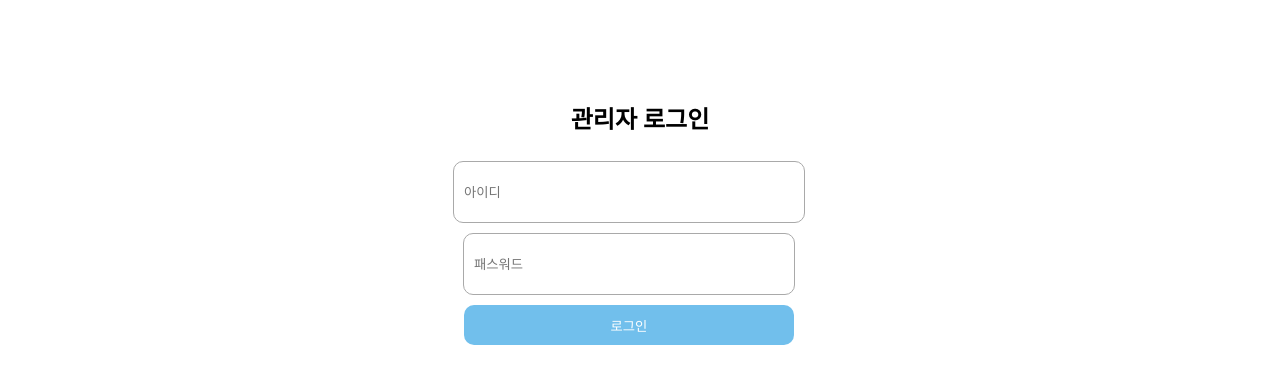
Repository: hystarbit/cinnamorollstore
Page: http://localhost/cinnamorollstore/admin/login/login.jsp
The author's editor kept a copy of each file at every save. The page is drawn from the files as they stood at one save, then again after the next save.
The browser window is 1280 px wide. The pictures show the whole page.
Some web fonts or font styles are not loaded; a fallback is used. The page is served by Tomcat 9. Nobody is signed in. The application's start-up code is not run.

Above is the page before, as saved 2024-09-06 03:10:58.

After the next save:
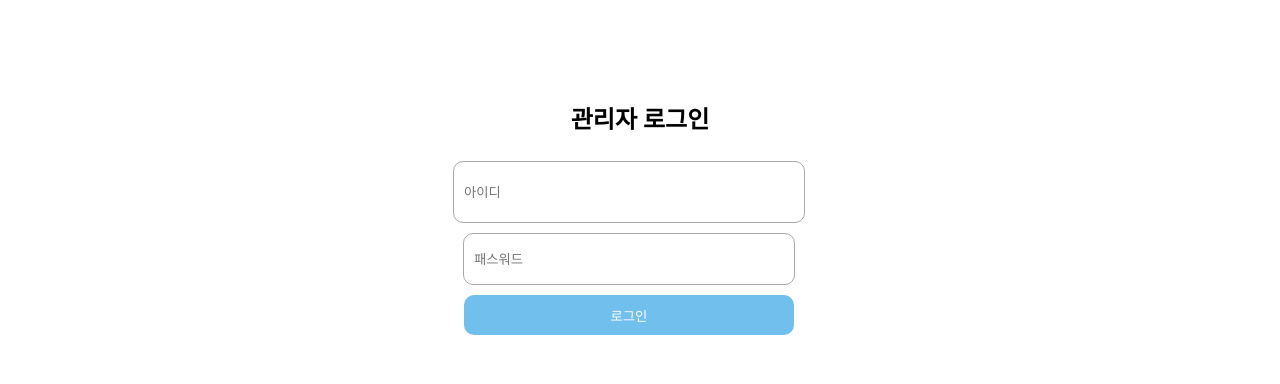
Saved 5 s later.
--- a/cinnamorollstore/src/main/webapp/admin/login/login.jsp
+++ b/cinnamorollstore/src/main/webapp/admin/login/login.jsp
@@ -18,7 +18,7 @@
 			<input type="text" id="user_id" name="user_id" placeholder="아이디" required>
 			<br>
 			<input type="password" id="password" name="password"
-				placeholder="패스워드" style="height: 40px; width:310px" required >
+				placeholder="패스워드" style="height: 30px; width:310px" required >
 			<br>
 			<button type="submit" id="login-submit" class="login-submit" >로그인</button>
 		</form>
